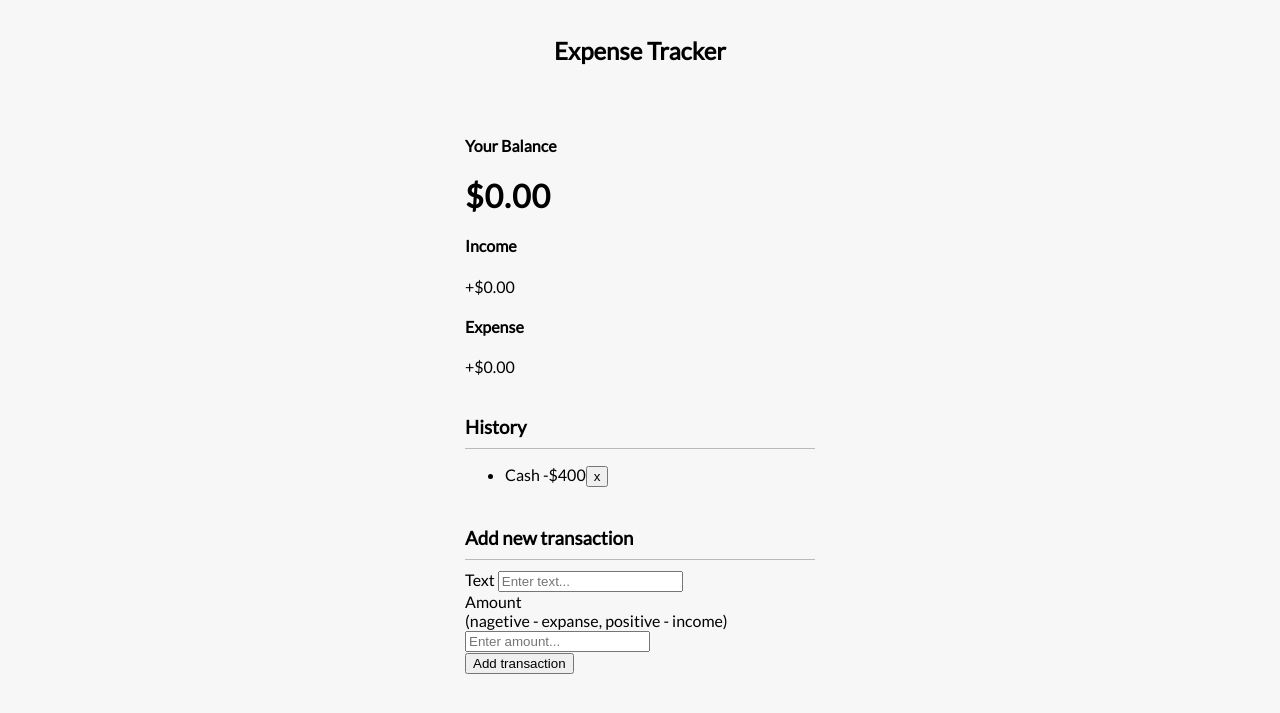
Repository: Youvelop/expenseTracker
Page: index.html
The author's editor kept a copy of each file at every save. The page is drawn from the files as they stood at one save, then again after the next save.
The browser window is 1280 px wide. The pictures show the whole page.

Above is the page before, as saved 2020-06-30 12:45:26.

### index.html
<!DOCTYPE html>
<html lang="en">
  <head>
    <meta charset="UTF-8" />
    <meta name="viewport" content="width=device-width, initial-scale=1.0" />
    <link rel="stylesheet" href="style.css" />
    <title>Expense Tracker</title>
  </head>
  <body>
    <h2>Expense Tracker</h2>

    <div class="container">
      <h4>Your Balance</h4>
      <h1 id="balance">$0.00</h1>

      <div class="inc-exp-container">
        <div>
          <h4>Income</h4>
          <p id="money-plus" class="money plus">+$0.00</p>
        </div>
        <div>
          <h4>Expense</h4>
          <p id="money-minus" class="money minus">+$0.00</p>
        </div>
      </div>

      <h3>History</h3>
      <ul id="list" class="list">
        <li class="minus">
          Cash <span>-$400</span><button class="delete-btn">x</button>
        </li>
      </ul>

      <h3>Add new transaction</h3>
      <form id="form">
        <div class="form-control">
          <label for="text">Text</label>
          <input type="text" id="text" placeholder="Enter text..." />
        </div>
        <div class="form-control">
          <label for="amount"
            >Amount <br />
            (nagetive - expanse, positive - income)</label
          >
          <input type="number" id="amount" placeholder="Enter amount..." />
        </div>
        <button class="btn">Add transaction</button>
      </form>
    </div>
    <script src="script.js"></script>
  </body>
</html>

### style.css
@import url('https://fonts.googleapis.com/css?family=Lato&display=swap');

:root {
  -box-shadow: 0 1px 3px rgba(0, 0, 0, 0.12), 0 1px 2px rgba(0, 0, 0, 0.24);
}

* {
  box-sizing: border-box;
}
body {
  background-color: #f7f7f7;
  display: flex;
  flex-direction: column;
  align-items: center;
  justify-content: center;
  min-height: 100vh;
  margin: 0;
  font-family: 'Lato', sans-serif;
}

.container {
  margin: 30px;
  width: 350px;
}

h1 {
  letter-spacing: 1px;
  margin: 0;
}

h3 {
  border-bottom: 1px solid #bbb;
  padding-bottom: 10px;
  margin: 40px 0 10px;
}

Loaded but not shown: script.js (no copy from this time; the picture is the same without it)

After the next save:
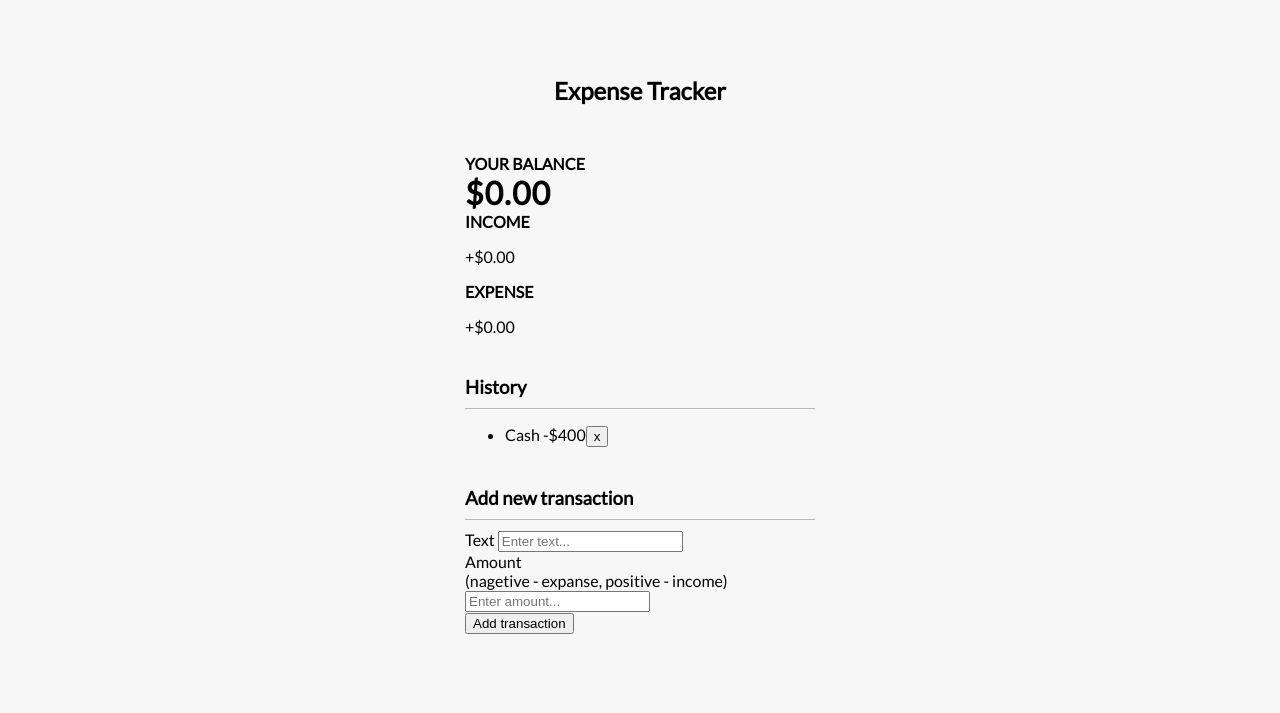
Saved 35 s later.
--- a/style.css
+++ b/style.css
@@ -33,3 +33,8 @@ h3 {
   padding-bottom: 10px;
   margin: 40px 0 10px;
 }
+
+h4 {
+  margin: 0;
+  text-transform: uppercase;
+}
